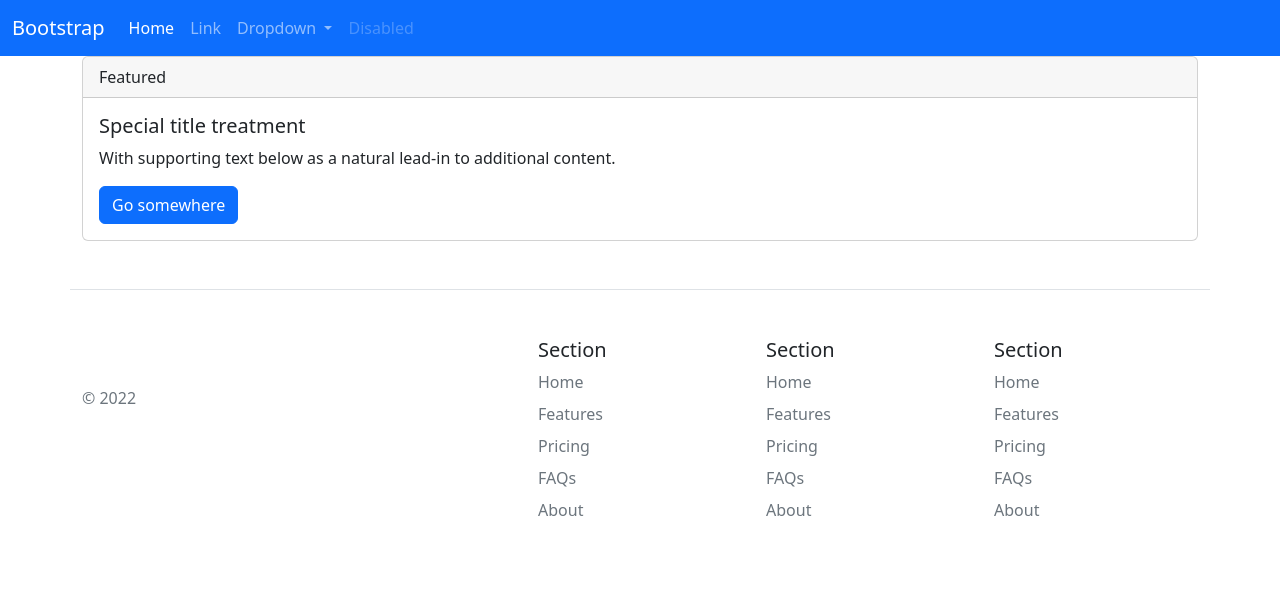
Repository: leosulzbach/Aula
Page: Bootstrap/bootstrap.html
An editor plug-in stored every save of this project. The page is shown before and after the next save, followed by the edit.
The browser window is 1280 px wide. The pictures show the whole page.

Above is the page before, as saved 2022-05-26 14:14:23.

### Bootstrap/bootstrap.html
<!DOCTYPE html>
<html lang="PT-BR">
<head>
    <meta charset="UTF-8">
    <meta http-equiv="X-UA-Compatible" content="IE=edge">
    <meta name="viewport" content="width=device-width, initial-scale=1.0">
    <link href="https://cdn.jsdelivr.net/npm/bootstrap@5.2.0-beta1/dist/css/bootstrap.min.css" rel="stylesheet" integrity="sha384-0evHe/X+R7YkIZDRvuzKMRqM+OrBnVFBL6DOitfPri4tjfHxaWutUpFmBp4vmVor" crossorigin="anonymous">
    <script src="https://cdn.jsdelivr.net/npm/bootstrap@5.2.0-beta1/dist/js/bootstrap.bundle.min.js" integrity="sha384-pprn3073KE6tl6bjs2QrFaJGz5/SUsLqktiwsUTF55Jfv3qYSDhgCecCxMW52nD2" crossorigin="anonymous"></script>
    <title>Bootstrap</title>
</head>
<body>
    <nav class="navbar navbar-expand-lg navbar-dark bg-primary">
        <div class="container-fluid">
          <a class="navbar-brand" href="#">Bootstrap</a>

          <button class="navbar-toggler" type="button" data-bs-toggle="collapse" data-bs-target="#navbarSupportedContent" aria-controls="navbarSupportedContent" aria-expanded="false" aria-label="Toggle navigation">
            <span class="navbar-toggler-icon"></span>
          </button>

          <div class="collapse navbar-collapse" id="navbarSupportedContent">
            <ul class="navbar-nav me-auto mb-2 mb-lg-0">
              <li class="nav-item">
                <a class="nav-link active" aria-current="page" href="#">Home</a>
              </li>
              <li class="nav-item">
                <a class="nav-link" href="#">Link</a>
              </li>

              <li class="nav-item dropdown">
                <a class="nav-link dropdown-toggle" href="#" id="navbarDropdown" role="button" data-bs-toggle="dropdown" aria-expanded="false">
                  Dropdown
                </a>
                <ul class="dropdown-menu" aria-labelledby="navbarDropdown">
                  <li><a class="dropdown-item" href="#">Action</a></li>
                  <li><a class="dropdown-item" href="#">Another action</a></li>
                  <li><hr class="dropdown-divider"></li>
                  <li><a class="dropdown-item" href="#">Something else here</a></li>
                </ul>
              </li>
              <li class="nav-item">
                <a class="nav-link disabled">Disabled</a>
              </li>
            </ul>

          </div>
        </div>
      </nav>

      <main class="container">
        <div class="card">
            <div class="card-header">
              Featured
            </div>
            <div class="card-body">
              <h5 class="card-title">Special title treatment</h5>
              <p class="card-text">With supporting text below as a natural lead-in to additional content.</p>
              <a href="#" class="btn btn-primary">Go somewhere</a>
            </div>
          </div>
      </main>



      <div class="container">
        <footer class="row row-cols-1 row-cols-sm-2 row-cols-md-5 py-5 my-5 border-top">
          <div class="col mb-3">
            <a href="/" class="d-flex align-items-center mb-3 link-dark text-decoration-none">
              <svg class="bi me-2" width="40" height="32"><use xlink:href="#bootstrap"></use></svg>
            </a>
            <p class="text-muted">© 2022</p>
          </div>

          <div class="col mb-3">

          </div>

          <div class="col mb-3">
            <h5>Section</h5>
            <ul class="nav flex-column">
              <li class="nav-item mb-2"><a href="#" class="nav-link p-0 text-muted">Home</a></li>
              <li class="nav-item mb-2"><a href="#" class="nav-link p-0 text-muted">Features</a></li>
              <li class="nav-item mb-2"><a href="#" class="nav-link p-0 text-muted">Pricing</a></li>
              <li class="nav-item mb-2"><a href="#" class="nav-link p-0 text-muted">FAQs</a></li>
              <li class="nav-item mb-2"><a href="#" class="nav-link p-0 text-muted">About</a></li>
            </ul>
          </div>

          <div class="col mb-3">
            <h5>Section</h5>
            <ul class="nav flex-column">
              <li class="nav-item mb-2"><a href="#" class="nav-link p-0 text-muted">Home</a></li>
              <li class="nav-item mb-2"><a href="#" class="nav-link p-0 text-muted">Features</a></li>
              <li class="nav-item mb-2"><a href="#" class="nav-link p-0 text-muted">Pricing</a></li>
              <li class="nav-item mb-2"><a href="#" class="nav-link p-0 text-muted">FAQs</a></li>
              <li class="nav-item mb-2"><a href="#" class="nav-link p-0 text-muted">About</a></li>
            </ul>
          </div>


          <div class="col mb-3">
            <h5>Section</h5>
            <ul class="nav flex-column">
              <li class="nav-item mb-2"><a href="#" class="nav-link p-0 text-muted">Home</a></li>
              <li class="nav-item mb-2"><a href="#" class="nav-link p-0 text-muted">Features</a></li>
              <li class="nav-item mb-2"><a href="#" class="nav-link p-0 text-muted">Pricing</a></li>
              <li class="nav-item mb-2"><a href="#" class="nav-link p-0 text-muted">FAQs</a></li>
              <li class="nav-item mb-2"><a href="#" class="nav-link p-0 text-muted">About</a></li>
            </ul>
          </div>
        </footer>
      </div>
</body>
</html>

After the next save:
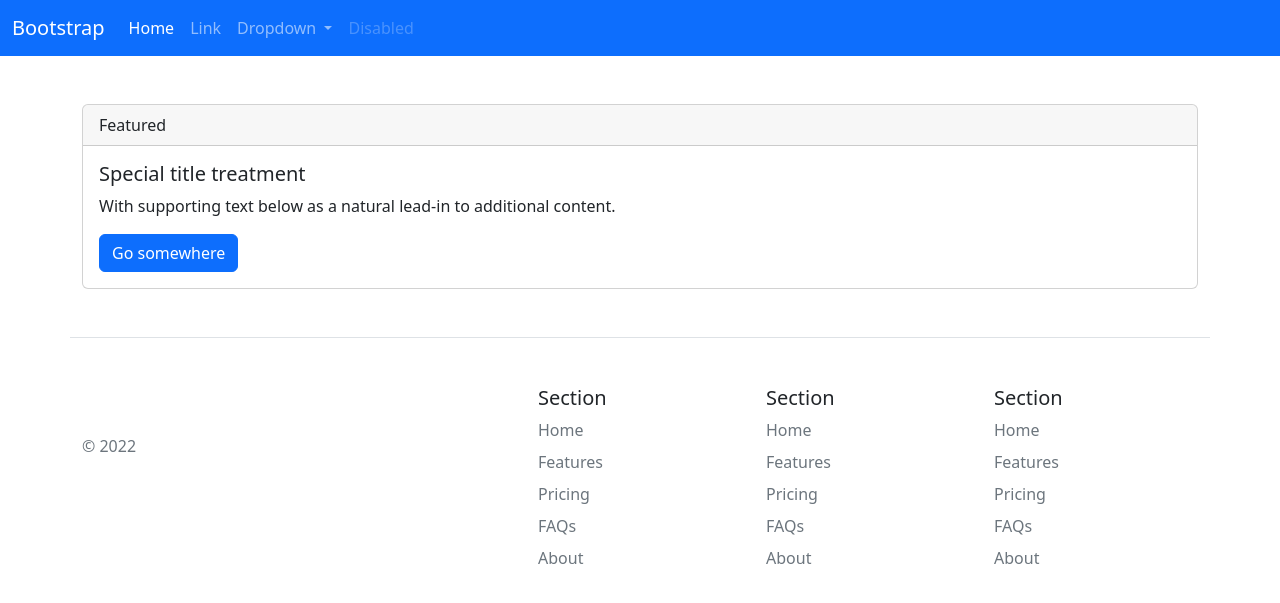
Saved 2 min 24 s later.
--- a/Bootstrap/bootstrap.html
+++ b/Bootstrap/bootstrap.html
@@ -47,7 +47,8 @@
       </nav>
 
       <main class="container">
-        <div class="card">
+
+        <div class="card mt-5">
             <div class="card-header">
               Featured
             </div>
